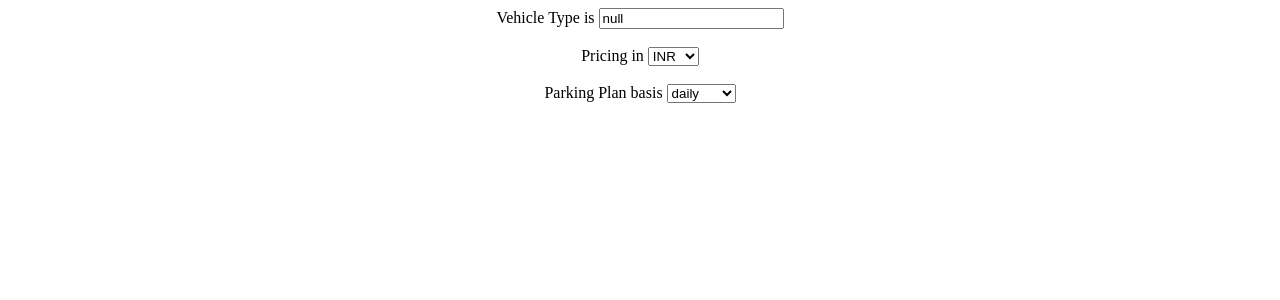
Repository: meta-rahul-dosi/GET2019
Page: http://localhost/Assignment-4/passPrice.jsp
An editor plug-in stored every save of this project. The page is shown before and after the next save, followed by the edit.
The browser window is 1280 px wide. The pictures show the whole page.
The page is served by Tomcat 9.

Above is the page before, as saved 2019-09-05 13:39:42.

After the next save:
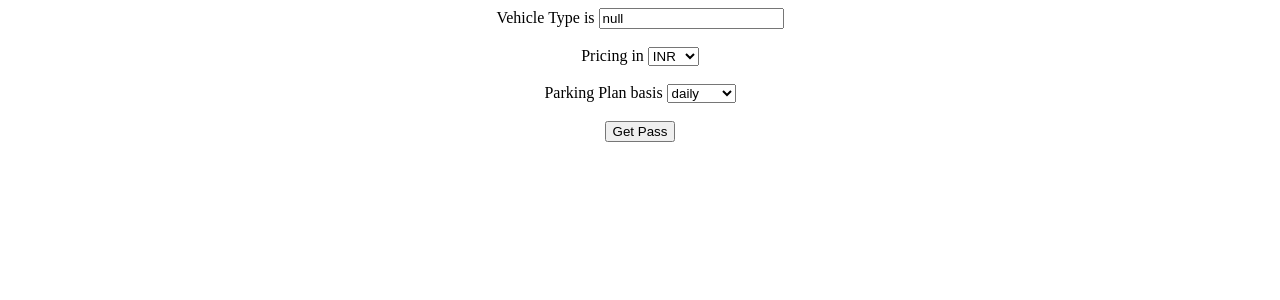
Saved 43 s later.
--- a/EAD/Assignment-4/WebContent/passPrice.jsp
+++ b/EAD/Assignment-4/WebContent/passPrice.jsp
@@ -33,6 +33,8 @@
 				<option name="yearly" value="yearly">yearly</option>
 			</select><br /> <br />
 
+			<input type="submit" value="Get Pass">
+
 		</form>
 	</div>
 	<br />
